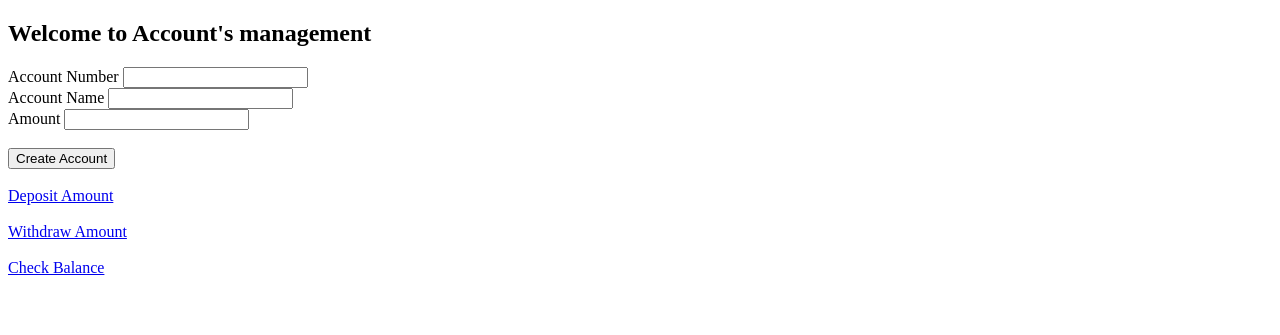
Repository: indira439/RPS_ExternalTrainingProjects
Page: http://localhost/index
The author's editor kept a copy of each file at every save. The page is drawn from the files as they stood at one save, then again after the next save.
The browser window is 1280 px wide. The pictures show the whole page.
The page is this project's Thymeleaf template; nobody is signed in. The template is opened directly, without the code that normally fills it, so the values that code supplies are empty.

Above is the page before, as saved 2024-08-26 14:59:25.

After the next save:
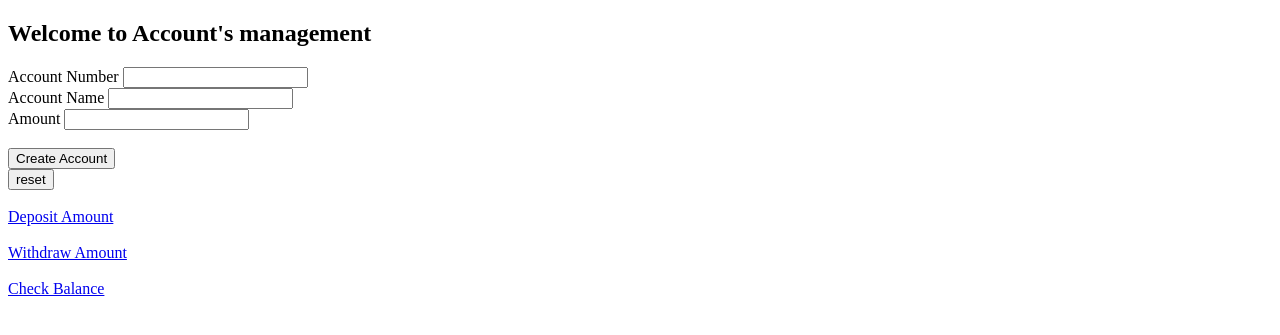
Saved 3 min 10 s later.
--- a/spring-boot-assignment/src/main/resources/templates/index.html
+++ b/spring-boot-assignment/src/main/resources/templates/index.html
@@ -15,6 +15,7 @@
 	<input type="number" th:field="*{accountBalance}"><br/>
 	<br/>
 	<input type="submit" value="Create Account"/><br/>
+	<input type="reset" value="reset"/>
 </form>
 <br/>
 <a href="/deposit">Deposit Amount</a><br/>
